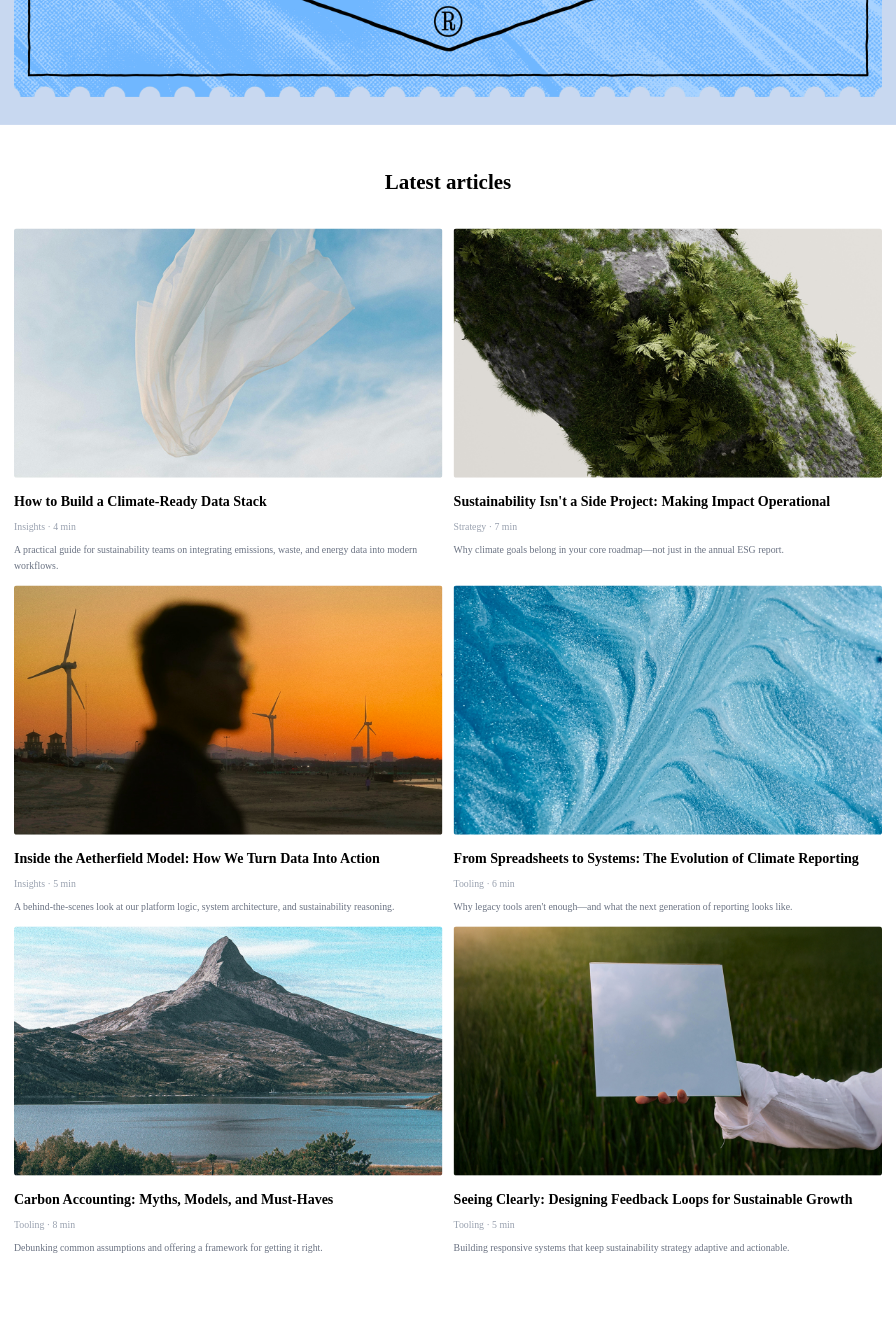
Repository: neelpatel6262/Aetherfield-SaaS
Page: /journal
An editor plug-in stored every save of this project. The page is shown before and after the next save, followed by the edit.
The browser window is 1280 px wide. The pictures show the part of the page from y = 438 to 2358 px (the page is 3608 px tall before and 3620 px after), at 70% of full size.
Some web fonts or font styles are not loaded; a fallback is used. The project was rebuilt for these pictures with package versions that can differ from the ones it lists, and the page was loaded fresh each time. Also part of the build but not shown: vite.config.js, src/components/sections/Features.jsx, src/components/sections/CaseStudy.jsx, src/components/sections/JournalPreview.jsx, src/components/sections/Testimonial.jsx, src/components/sections/Hero.jsx, src/pages/Home.jsx, src/pages/About.jsx and 4 more.

Above is the page before, as saved 2026-03-01 09:15:52.

After the next save:
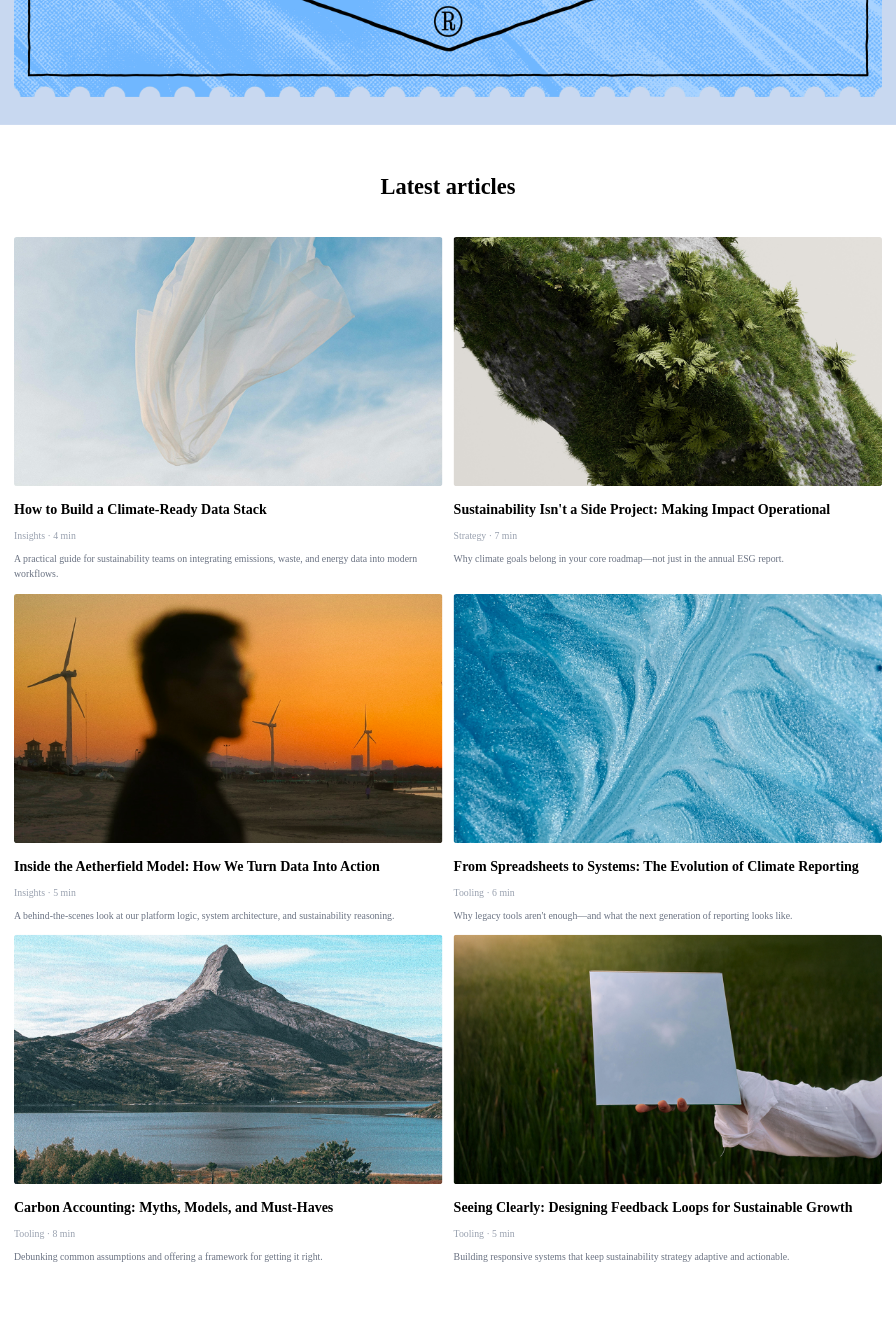
Saved 6 s later.
--- a/src/pages/Journal.jsx
+++ b/src/pages/Journal.jsx
@@ -5,23 +5,22 @@
 import CTABanner from '../components/sections/CTABanner'
 
 const Journal = () => {
+
+  // DELETE ANY LOCAL const articles = [...] ARRAY HERE
+
   return (
     <div className="bg-white min-h-screen">
 
       {/* Hero Sticker Banner */}
       <div className="w-full bg-[#C8D8F0] flex items-center justify-center py-10">
         <div className="w-container max-w-container px-5">
-          <img
-            src={JournalSticker}
-            alt="Aetherfield Journal"
-            className="w-full h-auto object-contain"
-          />
+          <img src={JournalSticker} alt="Aetherfield Journal" className="w-full h-auto object-contain" />
         </div>
       </div>
 
       {/* Latest Articles */}
       <div className="w-container max-w-container mx-auto px-5 py-16">
-        <h2 className="text-3xl font-bold text-black text-center mb-12 font-[heading]">
+        <h2 className="text-[32px] font-bold text-black text-center mb-12 font-[heading]">
           Latest articles
         </h2>
 
@@ -30,28 +29,22 @@
             <Link
               key={article.id}
               to={`/journal/${article.slug}`}
-              className="flex flex-col gap-3 group no-underline max-w-full"
+              className="flex flex-col gap-3 group"
+              style={{ textDecoration: 'none' }}
             >
-              {/* Image */}
-              <div className="w-full h-card-img overflow-hidden rounded-sm">
+              <div className="w-full overflow-hidden rounded-sm" style={{ height: '356px' }}>
                 <img
                   src={article.image}
                   alt={article.title}
                   className="w-full h-full object-cover group-hover:scale-105 transition duration-500"
                 />
               </div>
-
-              {/* Title — 20px */}
               <p className="text-[20px] font-semibold text-black leading-snug mt-2 font-[heading]">
                 {article.title}
               </p>
-
-              {/* Meta */}
               <p className="text-[14px] text-gray-400 font-[btn]">
                 {article.category} · {article.time}
               </p>
-
-              {/* Description — 14px */}
               <p className="text-[14px] text-gray-500 leading-relaxed font-[subheading]">
                 {article.desc}
               </p>

After the save that followed:
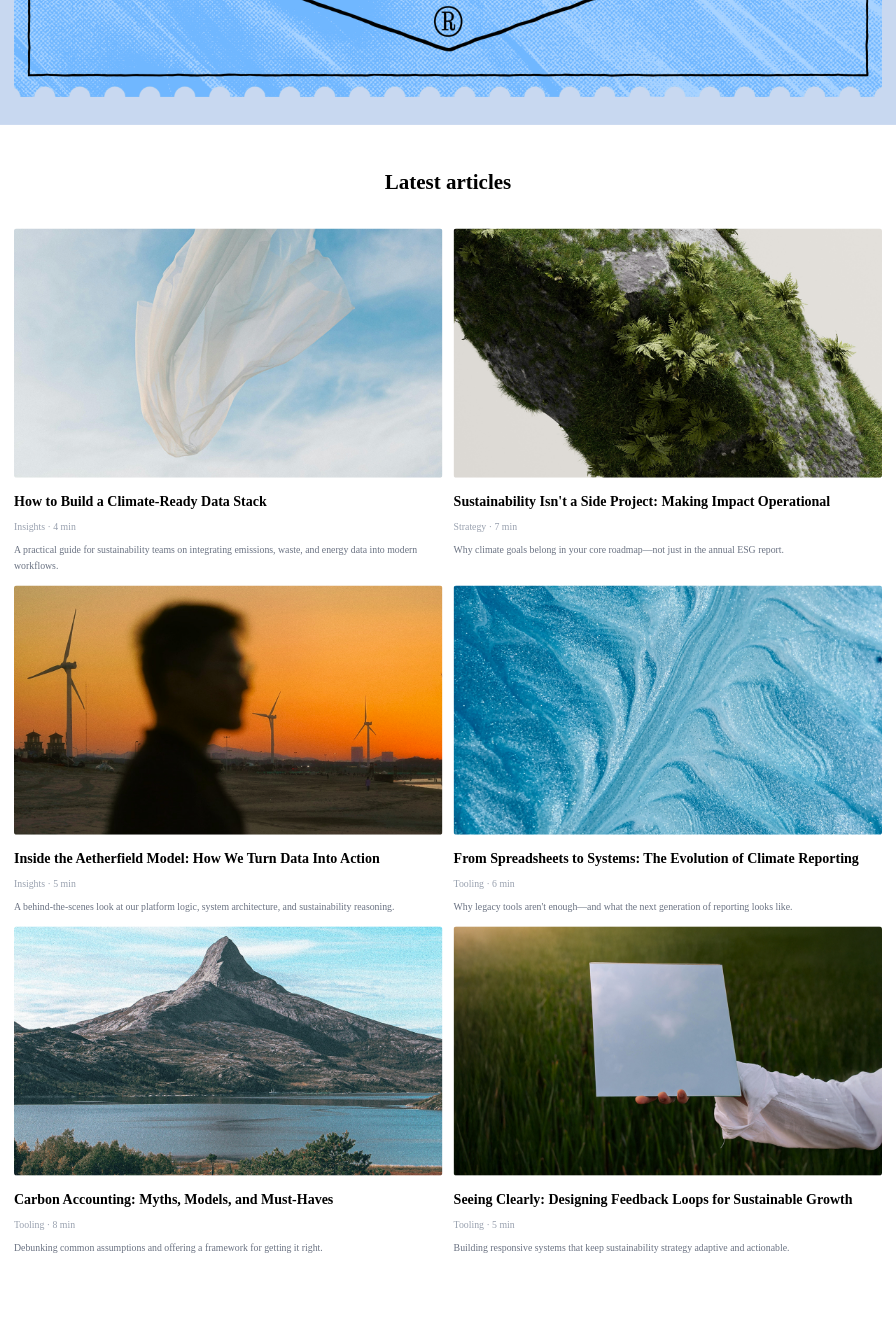
Saved 13 s later.
--- a/src/pages/Journal.jsx
+++ b/src/pages/Journal.jsx
@@ -5,22 +5,23 @@
 import CTABanner from '../components/sections/CTABanner'
 
 const Journal = () => {
-
-  // DELETE ANY LOCAL const articles = [...] ARRAY HERE
-
   return (
     <div className="bg-white min-h-screen">
 
       {/* Hero Sticker Banner */}
       <div className="w-full bg-[#C8D8F0] flex items-center justify-center py-10">
         <div className="w-container max-w-container px-5">
-          <img src={JournalSticker} alt="Aetherfield Journal" className="w-full h-auto object-contain" />
+          <img
+            src={JournalSticker}
+            alt="Aetherfield Journal"
+            className="w-full h-auto object-contain"
+          />
         </div>
       </div>
 
       {/* Latest Articles */}
       <div className="w-container max-w-container mx-auto px-5 py-16">
-        <h2 className="text-[32px] font-bold text-black text-center mb-12 font-[heading]">
+        <h2 className="text-3xl font-bold text-black text-center mb-12 font-[heading]">
           Latest articles
         </h2>
 
@@ -29,22 +30,28 @@
             <Link
               key={article.id}
               to={`/journal/${article.slug}`}
-              className="flex flex-col gap-3 group"
-              style={{ textDecoration: 'none' }}
+              className="flex flex-col gap-3 group no-underline max-w-full"
             >
-              <div className="w-full overflow-hidden rounded-sm" style={{ height: '356px' }}>
+              {/* Image */}
+              <div className="w-full h-card-img overflow-hidden rounded-sm">
                 <img
                   src={article.image}
                   alt={article.title}
                   className="w-full h-full object-cover group-hover:scale-105 transition duration-500"
                 />
               </div>
+
+              {/* Title — 20px */}
               <p className="text-[20px] font-semibold text-black leading-snug mt-2 font-[heading]">
                 {article.title}
               </p>
+
+              {/* Meta */}
               <p className="text-[14px] text-gray-400 font-[btn]">
                 {article.category} · {article.time}
               </p>
+
+              {/* Description — 14px */}
               <p className="text-[14px] text-gray-500 leading-relaxed font-[subheading]">
                 {article.desc}
               </p>
